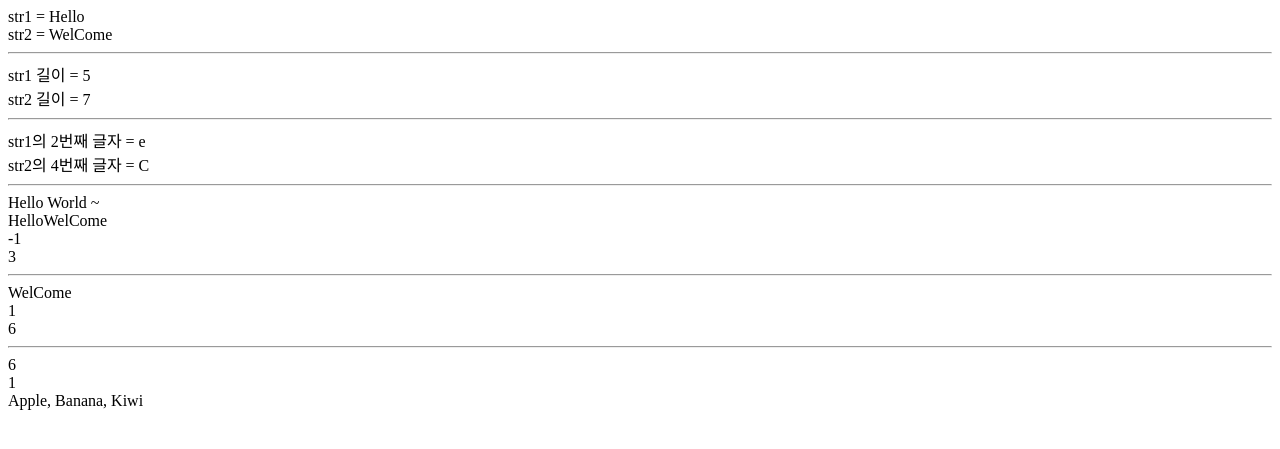
Repository: ady0099/webstudy
Page: 03_javascript/src/main/webapp/day02/ex20_StringClass.html
These files come from the project's save history. The page is drawn as it stood at one moment and after a run of saves; the edit follows.
The browser window is 1280 px wide. The pictures show the whole page.

Above is the page before, as saved 2023-06-29 00:39:38.
Console error: ReferenceError: substring is not defined

After the next 2 saves:
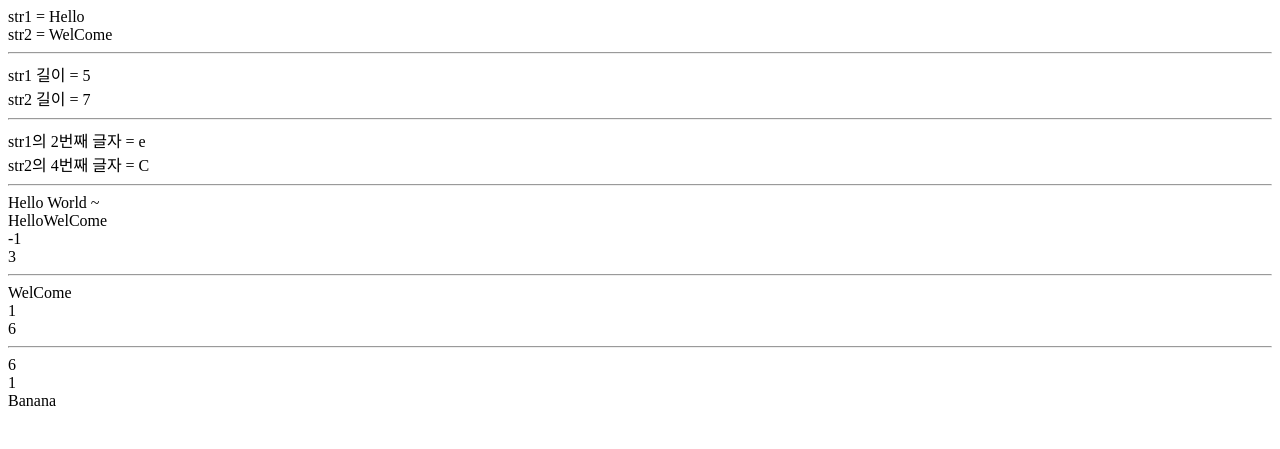
The 2 saves are shown as one change because they came seconds apart.
The last was saved 13 s later.
--- a/03_javascript/src/main/webapp/day02/ex20_StringClass.html
+++ b/03_javascript/src/main/webapp/day02/ex20_StringClass.html
@@ -47,8 +47,8 @@
 			// 원하는 문자열 추출 : slice와 substring
 			// slice(begin, end), substring(begin, end)
 			str1 = "Apple, Banana, Kiwi";
-			document.write(str1.slice());
-			document.write(str1,substring());
+			document.write(str1.slice(7,13));
+			document.write(str1,substring(7,13));
 		</script>
 	</head>
 	<body>
